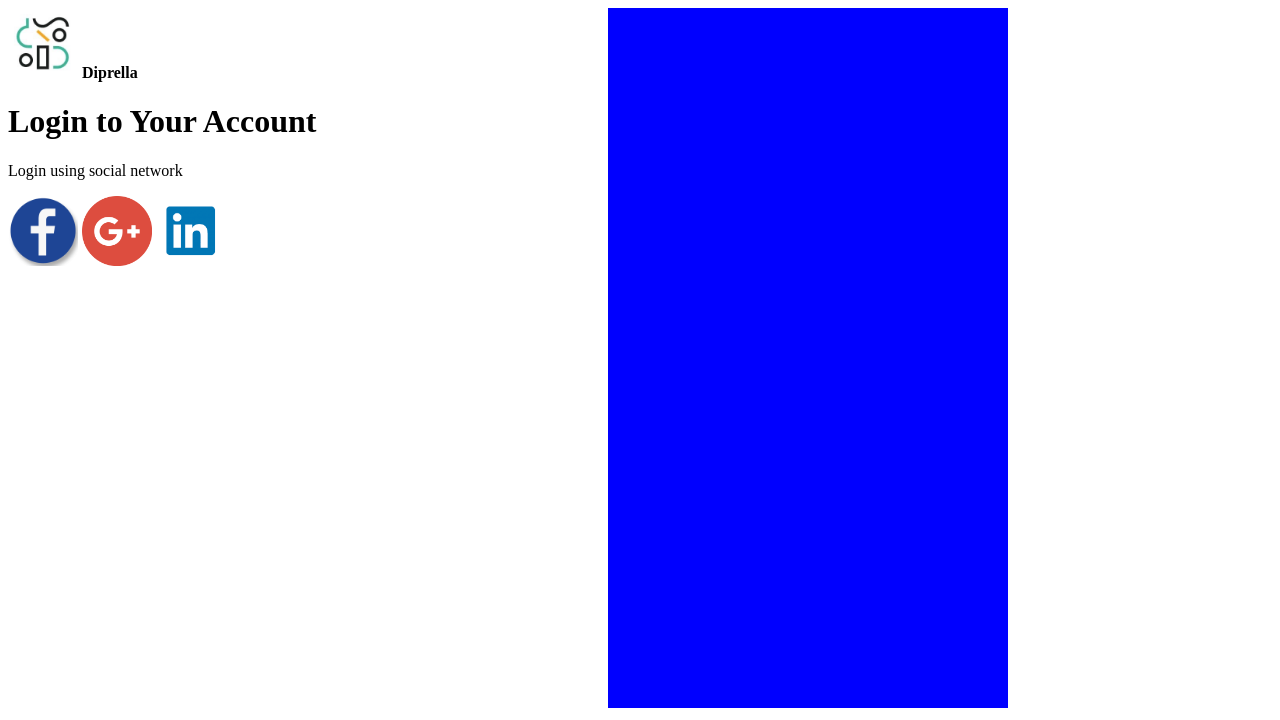
Repository: Tobby004/bdc-assignment-3
Page: task.html
These files come from the project's save history. The page is drawn as it stood at one moment and after the next save; the edit follows.
The browser window is 1280 px wide. The pictures show the whole page.

Above is the page before, as saved 2023-02-21 08:57:57.

After the next save:
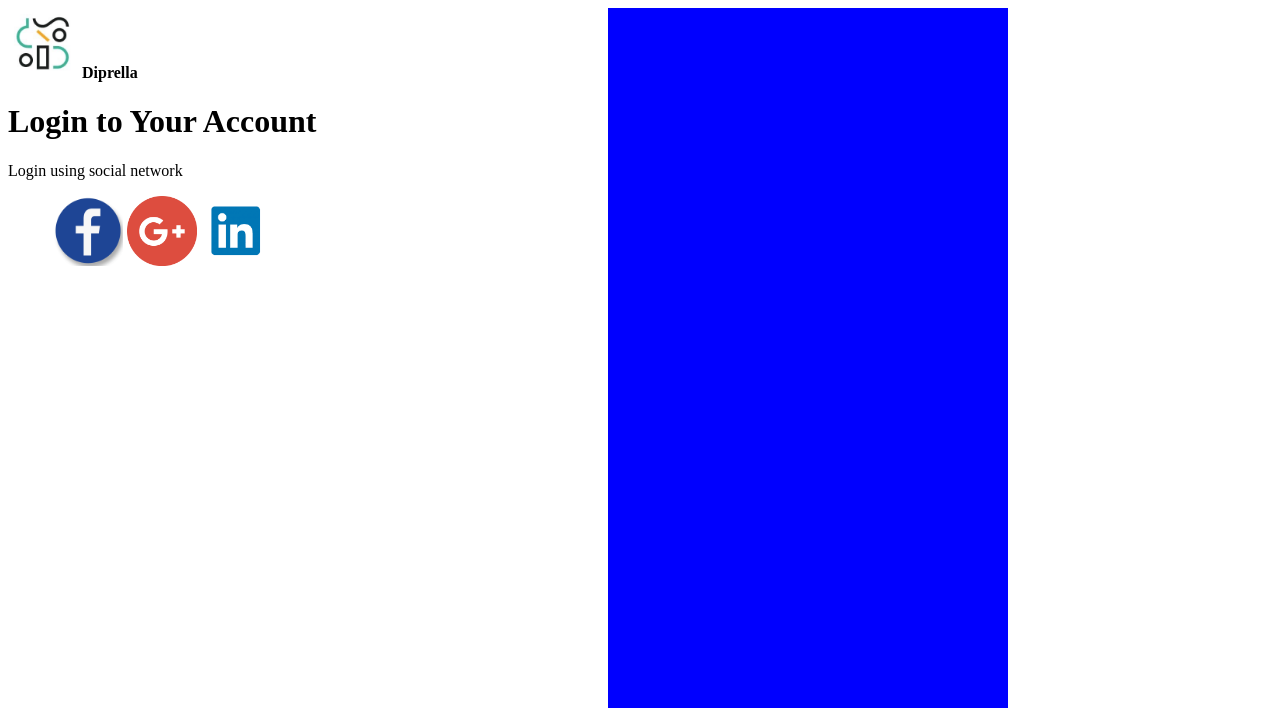
Saved 2 min 27 s later.
--- a/task.css
+++ b/task.css
@@ -19,6 +19,14 @@ display: flex;
 header img {
     height: 70px;
 }
+h1 {
+    display: flex;
+    text-align: center;
+}
+div p {
+    display: flex;
+    text-align: center;
+}
 div b {
     color: black;
 }
@@ -27,3 +35,6 @@ div b {
     height: 10px;
   text-align: center;
 }
+div .logo {
+    text-align: center;
+}
